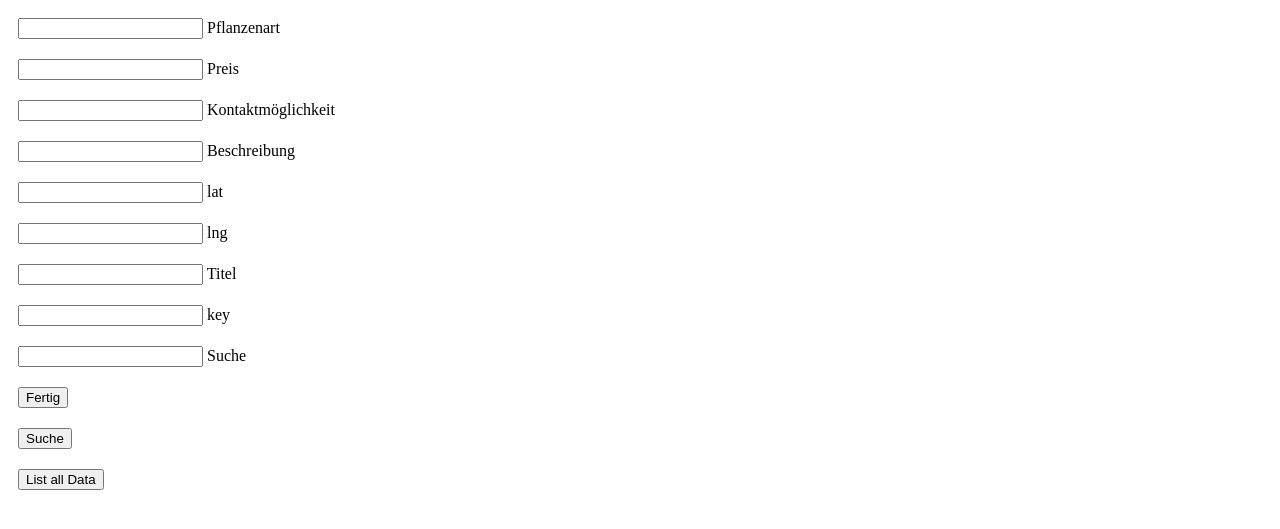
Repository: Carlson43/PlantsForFriends
Page: Tests/Datenverbindung/Versuch.html
The author's editor kept a copy of each file at every save. The page is drawn from the files as they stood at one save, then again after the next save.
The browser window is 1280 px wide. The pictures show the whole page.

Above is the page before, as saved 2022-01-05 15:35:21.

### Tests/Datenverbindung/Versuch.html
<!doctype html>
<html lang="en">
  <head>
    <meta charset="utf-8">
    <script src="https://code.jquery.com/jquery-3.6.0.js"> </script>
    <style>
      div{
        padding:10px
      }
    </style>

  </head>


  <body>

   <div>
	  <input id= "jsonstring1" type="text" value=''>
      <label for=jsonstring1>Pflanzenart</label>
    </div>

    <div>
        <input id= "jsonstring2" type="text" value=''>
        <label for=jsonstring2>Preis</label>
      </div>

      <div>
        <input id= "jsonstring3" type="text" value=''>
        <label for=jsonstring5>Kontaktmöglichkeit</label>
      </div>

      <div>
        <input id= "jsonstring4" type="text" value=''>
        <label for=jsonstring4>Beschreibung</label>
    </div>

    <div>
      <input id= "jsonstring5" type="text" value=''>
      <label for=jsonstring4>lat</label>
  </div>


  <div>
    <input id= "jsonstring6" type="text" value=''>
    <label for=jsonstring4>lng</label>
</div>


<div>
  <input id= "jsonstring7" type="text" value=''>
  <label for=jsonstring4>Titel</label>
</div>


<div>
  <input id= "jsonstring8" type="text" value=''>
  <label for=jsonstring4>key</label>
</div>


    <div>
        <input id= "jsonstring5" type="text" value=''>
        <label for=jsonstring5>Suche</label>
    </div>

    <div><button onclick= "addAll();">Fertig</button></div>
    <div><button onclick= "search();">Suche</button></div>

  <!-- <div>
    <button onclick="readwithkey();">Make read with key request</button>
  </div> -->

  <div>
    <button onclick="listAllData();"> List all Data</button>
  </div>

	<script>
    function add()
    {
      var jsonstring=  '{"Pflanze":"'+$("#jsonstring").val()+'"}';
      console.log("add"+ jsonstring);
      $.get("https://webtechlecture.appspot.com/cloudstore/add?owner=s201655&token=dMinmYeldeDsBbu0iiEIPGTPws0_&jsonstring="+encodeURI(jsonstring),function(response)
      {
        console.log(response);
      });
    }

    function listAllData()
    {
      var jsonstring=$("#jsonstring").val();
      console.log("Hi!");
      $.get("https://webtechlecture.appspot.com/cloudstore/listobjects?owner=s201655&token=dMinmYeldeDsBbu0iiEIPGTPws0_",function(response)
      {
        console.log(response);
      });
    }

    function del()
    {
      var jsonstring=$("#jsonstring").val();
      console.log("Del");
      $.get("https://webtechlecture.appspot.com/cloudstore/del?owner=s201655&token=dMinmYeldeDsBbu0iiEIPGTPws0_&key=1640178157404",function(response)
      {
        console.log(response);
      });
    }


    function addAll()
    {

      var jsonstring=

      '{"Pflanzeart":"'+$("#jsonstring1").val()+'",'+
      '"Preis":"'+$("#jsonstring2").val()+'",'+
      '"Kontaktmöglichkeit":"'+$("#jsonstring3").val()+'",'+
      '"Beschreibung":"'+$("#jsonstring3").val()+'",'+
      '"lat":"'+$("#jsonstring3").val()+'",'+
      '"lng":"'+$("#jsonstring3").val()+'",'+

      '"Titel":"'+$("#jsonstring4").val()+

      '"}';
      console.log("add"+ jsonstring);
      $.get("https://webtechlecture.appspot.com/cloudstore/add?owner=s201655&token=dMinmYeldeDsBbu0iiEIPGTPws0_&jsonstring="+encodeURI(jsonstring),function(response)
      {
        console.log(response);
      });
    }

    function spec()
    {
      var specvar =
      $.get('https://webtechlecture.appspot.com/cloudstore/ ?owner=s201655&token=dMinmYeldeDsBbu0iiEIPGTPws0_&jsonstring={"Pflanzen":"Lillie"}',function(response)
      {
        console.log(response);
      });
    }

function search()
    {
        var nam = String($("#jsonstring5").val())
        var data = []
      $.get("https://webtechlecture.appspot.com/cloudstore/listobjects?owner=s201655&token=dMinmYeldeDsBbu0iiEIPGTPws0_",function(response)
      {

        for (var i = 0; i < response.length; i++)
        data.push(response[i]);


        for (var i = 0; i < data.length; i++){
            if (data[i].jsonstring.Pflanze == nam){
                console.log(data[i].jsonstring)}
                  else{
                    for (var i = 0; i < data.length; i++){
                      if (data[i].jsonstring.Name == nam){
                      console.log(data[i].jsonstring)}
                      else{
                        for (var i = 0; i < data.length; i++){
                          if (data[i].jsonstring.Nachname == nam){
                            console.log(data[i].jsonstring)}
                            else{
                                for (var i = 0; i < data.length; i++){
                                    if (data[i].jsonstring.Straße == nam){
                                    console.log(data[i].jsonstring)}
                        };
                  }
                }
              }
            }
          }
        };
    });
};
	</script>
  </body>
</html>

After the next save:
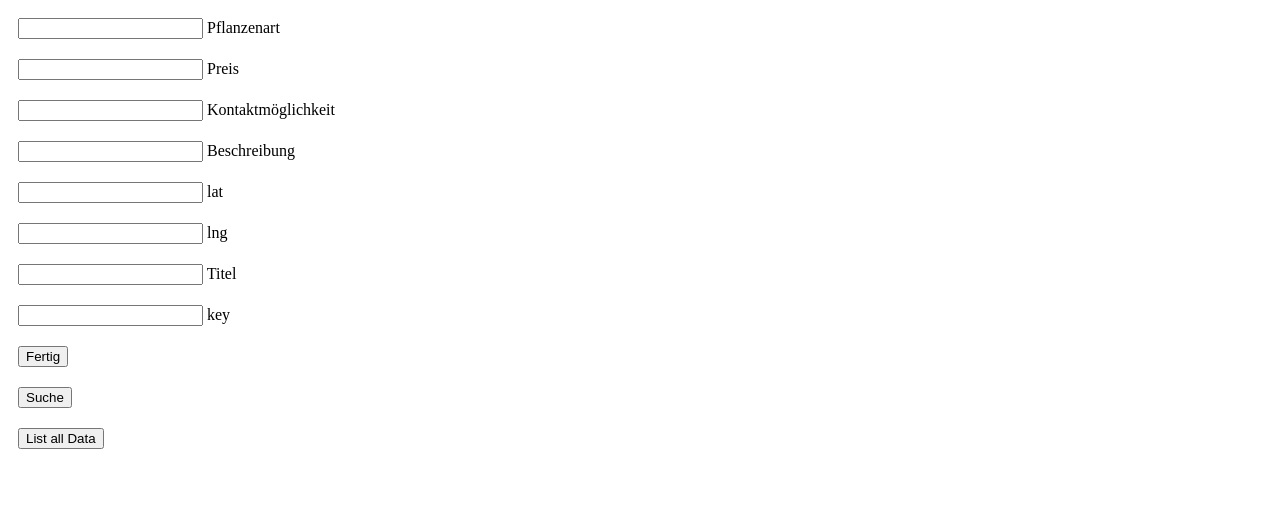
Saved 29 s later.
--- a/Tests/Datenverbindung/Versuch.html
+++ b/Tests/Datenverbindung/Versuch.html
@@ -57,11 +57,6 @@
   <label for=jsonstring4>key</label>
 </div>
 
-
-    <div>
-        <input id= "jsonstring5" type="text" value=''>
-        <label for=jsonstring5>Suche</label>
-    </div>
 
     <div><button onclick= "addAll();">Fertig</button></div>
     <div><button onclick= "search();">Suche</button></div>
